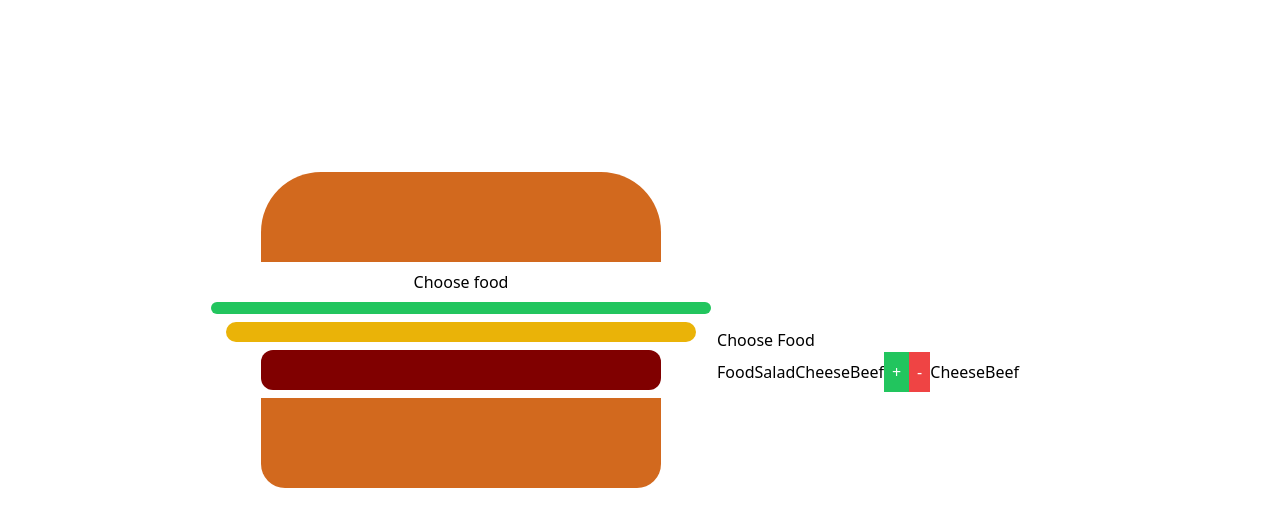
Repository: baobaodeveloper/bootcamp21_HuynhAnhBao_Burger
Page: /
These files come from the project's save history. The page is drawn as it stood at one moment and after the next save; the edit follows.
The browser window is 1280 px wide. The pictures show the whole page.
The project was rebuilt for these pictures with package versions that can differ from the ones it lists, and the page was loaded fresh each time. Also part of the build but not shown: vite.config.js.

Above is the page before, as saved 2022-05-15 16:55:39.

### src/App.jsx
import Burger from "./components/Burger";

function App() {
  return <Burger></Burger>;
}

export default App;

### src/components/Burger.jsx
import React from "react";

export default function Burger() {
  return (
    <div>
      <div className="flex items-center gap-x-14  w-screen h-screen mx-auto justify-center">
        <div className="flex flex-col justify-center items-center gap-y-2 w-[400px]">
          <div className="bg-[#D2691E] w-full h-[30px] relative">
            <div className="bg-[#D2691E] w-full h-[60px] absolute top-0 left-0 -translate-y-[60px] rounded-tl-full rounded-tr-full"></div>
          </div>
          <p>Choose food</p>
          {/* loop here */}
          <div className="h-3 bg-green-500 w-[500px] rounded-full"></div>
          <div className="h-5 bg-yellow-500 w-[470px] rounded-full"></div>
          <div className="h-10 bg-[#800000] w-[400px] rounded-xl"></div>

          <div className="w-full bg-[#D2691E] h-[90px] rounded-br-3xl rounded-bl-3xl"></div>
        </div>

        <div className="">
          <h2>Choose Food</h2>
          <div className="flex items-center">
            <div>
              <span>Food</span>
              <span>Salad</span>
              <span>Cheese</span>
              <span>Beef</span>
            </div>
            <div>
              <span></span>
              <span>
                <button className="p-2 bg-green-500 text-white">+</button>
                <button className="p-2 bg-red-500 text-white">-</button>
              </span>
              <span>Cheese</span>
              <span>Beef</span>
            </div>
          </div>
        </div>
      </div>
    </div>
  );
}

Loaded but not shown: index.html (common file); src/main.jsx (common file); src/index.scss (common file); tailwind.config.js (common file)

After the next save:
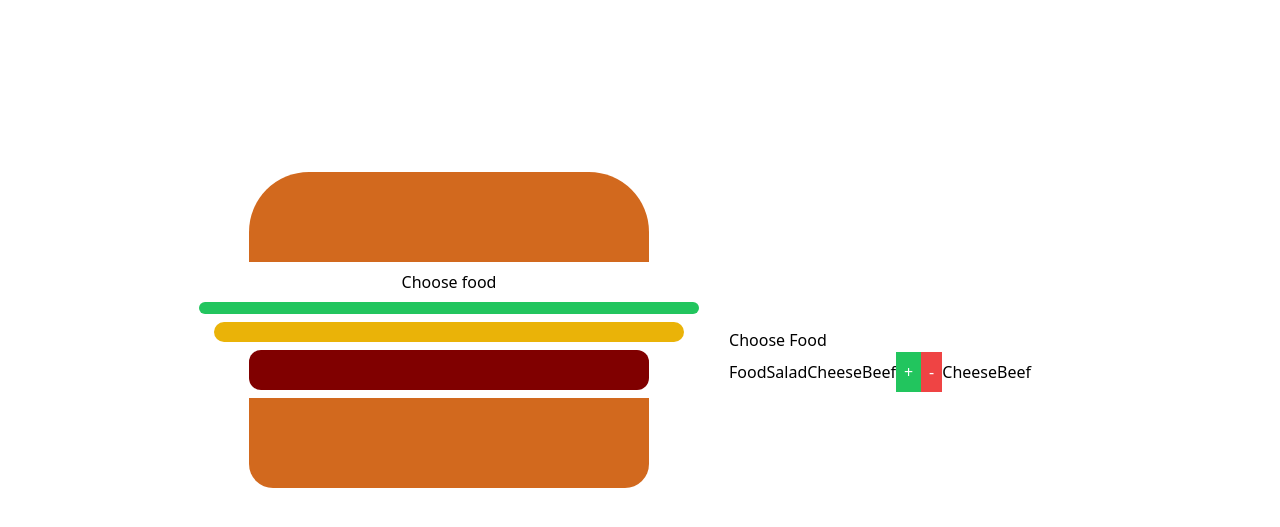
Saved 4 s later.
--- a/src/components/Burger.jsx
+++ b/src/components/Burger.jsx
@@ -3,7 +3,7 @@ import React from "react";
 export default function Burger() {
   return (
     <div>
-      <div className="flex items-center gap-x-14  w-screen h-screen mx-auto justify-center">
+      <div className="flex items-center gap-x-20  w-screen h-screen mx-auto justify-center">
         <div className="flex flex-col justify-center items-center gap-y-2 w-[400px]">
           <div className="bg-[#D2691E] w-full h-[30px] relative">
             <div className="bg-[#D2691E] w-full h-[60px] absolute top-0 left-0 -translate-y-[60px] rounded-tl-full rounded-tr-full"></div>
